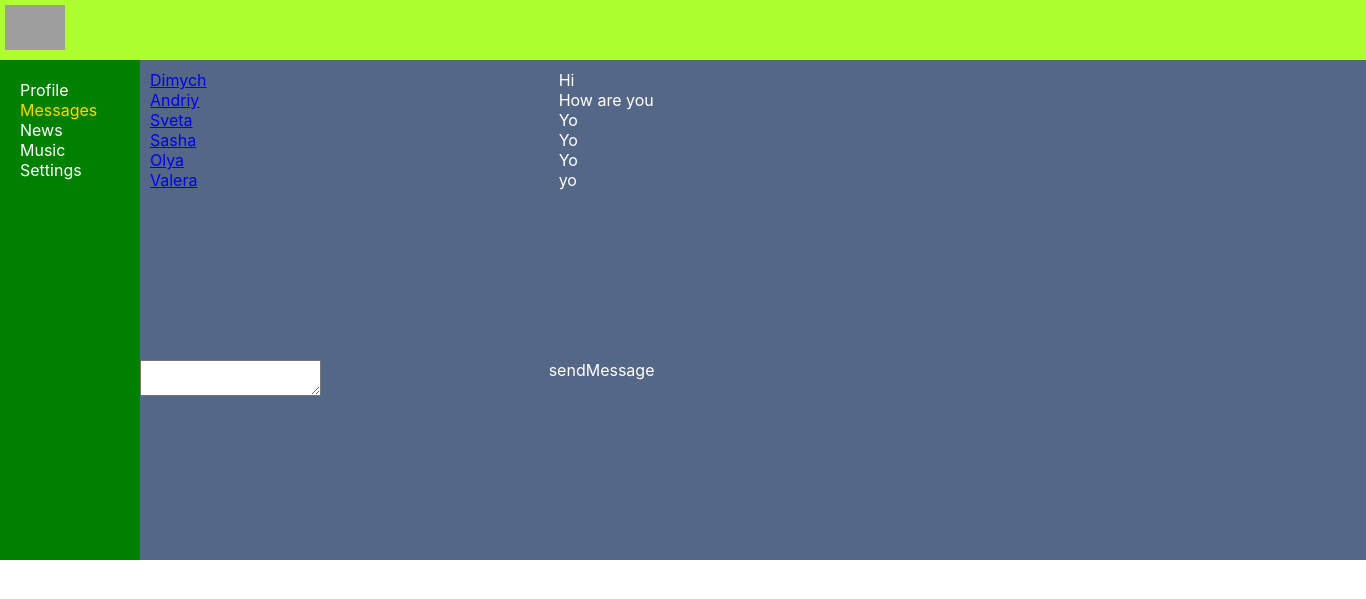
Repository: AndreyMykulych/FirstProject
Page: /dialogs
These files come from the project's save history. The page is drawn as it stood at one moment and after the next save; the edit follows.
The browser window is 1280 px wide. The page is 1366 px wide, so the pictures cover 1366 px, including what lies to the right of the window. The pictures show the whole page.
Pictures or frames that could not be fetched are drawn as grey boxes. The project was rebuilt for these pictures with package versions that can differ from the ones it lists, and the page was loaded fresh each time. Also part of the build but not shown: src/components/Profile/MyPosts/MyPosts.module.css, src/components/Profile/MyPosts/Post/Post.module.css, src/components/Profile/MyPosts/Post/Post.jsx, src/components/Profile/MyPosts/MyPosts.jsx, src/components/Profile/ProfileInfo/ProfileInfo.module.css, src/components/Profile/ProfileInfo/ProfileInfo.jsx, src/components/Profile/Profile.jsx.

Above is the page before, as saved 2022-06-09 17:01:00.

After the next save:
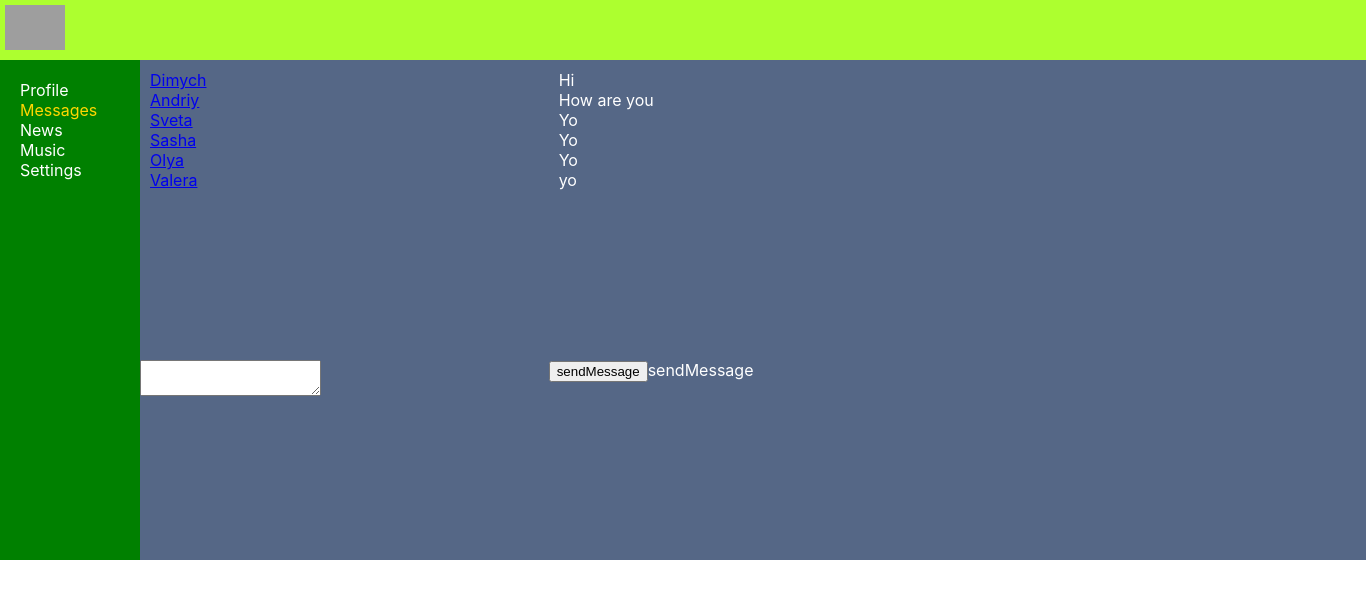
Saved 36 s later.
--- a/src/components/Dialogs/Dialogs.jsx
+++ b/src/components/Dialogs/Dialogs.jsx
@@ -21,7 +21,9 @@ const Dialogs = (props) => {
             <div className={s.textBlock}>
                 <textarea></textarea>
             </div>
-            <div className={s.btnBlock}>sendMessage</div>
+            <div className={s.btnBlock}>
+                <button>sendMessage</button>sendMessage
+                </div>
         </div>
 
 
